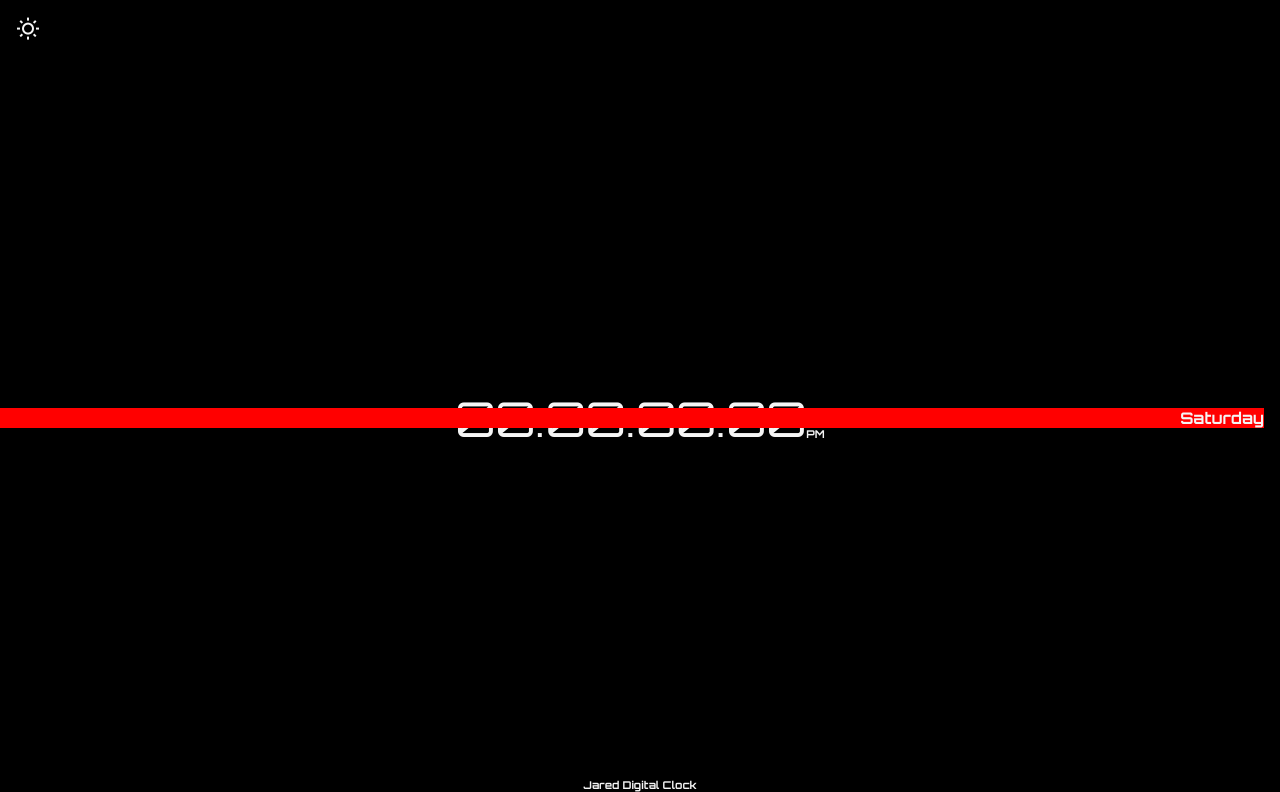
Repository: EguJaredoBoyd/Jared-Digital-Clock
Page: index.html
These files come from the project's save history. The page is drawn as it stood at one moment and after the next save; the edit follows.
The browser window is 1280 px wide. The pictures show the whole page.
Some web libraries are served in a nearby version.

Above is the page before, as saved 2026-01-04 22:19:22.

### index.html
<!DOCTYPE html>
<html lang="en">
  <head>
    <meta charset="UTF-8" />
    <meta name="viewport" content="width=device-width, initial-scale=1.0" />
    <link rel="stylesheet" href="./css/styles.css" />
    <link
      href="https://cdn.jsdelivr.net/npm/remixicon@4.8.0/fonts/remixicon.css"
      rel="stylesheet"
    />
    <link rel="preconnect" href="https://fonts.googleapis.com" />
    <link rel="preconnect" href="https://fonts.gstatic.com" crossorigin />
    <link
      href="https://fonts.googleapis.com/css2?family=Orbitron:wght@400..900&display=swap"
      rel="stylesheet"
    />
    <script src="./js/theme.js" defer></script>
    <title>Document</title>
  </head>
  <body>
    <div class="digital-clock">
      <header>
        <button id="theme-toggle"><i class="ri-sun-line"></i></button>
      </header>

      <main>
        <div class="watch-container">
          <div class="watch-container__day">
            <h4>Saturday</h4>
          </div>
          <div class="watch-container__time">
            <p>00:00:00:00</p>
            <h6>PM</h6>
          </div>
        </div>
      </main>

      <footer>
        <h6>Jared Digital Clock</h6>
      </footer>
    </div>
  </body>
</html>

### css/styles.css
* {
  margin: 0;
  padding: 0;
  box-sizing: border-box;
}

:root {
  --primary-color: black;
  --text-color: whitesmoke;

  /* Light-mode color variables */
  --light-mode: whitesmoke;
  --light-text: black;

  /* Button color font */
  --button-color: var(--text-color);
}

html {
  font-size: 16px;
  background-color: var(--primary-color);
}

.light-mode {
  background-color: var(--light-mode);
  color: var(--light-text);
  --button-color: var(--light-text);
}

body {
  color: var(--text-color);
  background-color: var(--primary-color);
  font-family: "Orbitron", sans-serif;
  width: 100%;
}

header {
  padding: 1rem;
}

header button {
  background: none;
  border: none;
}

header button i {
  font-size: 1.5rem;
  color: var(--button-color);
}

.digital-clock {
  height: 100%;
  width: 100%;
  display: flex;
  flex-direction: column;
  align-content: space-between;
  max-width: 100%;
}

.watch-container {
  display: flex;
  flex-direction: column;
  justify-content: center;
  align-items: center;
  height: 100vh;
  width: 100%;
  max-width: 100%;
  position: relative;
}

.watch-container__day {
  width: 100%;
  max-width: 100%;
  display: flex;
  justify-content: end;
  position: absolute;
  right: 1rem;
  background-color: red;
}

.watch-container__time {
  display: flex;
  max-width: 100%;
}

.watch-container__time p {
  font-size: 3rem;
}

.watch-container__time h6 {
  align-self: self-end;
  padding-bottom: 0.5rem;
}

footer h6 {
  text-align: center;
}

### js/theme.js
//Target the button element for the theme
const themeToggle = document.getElementById("theme-toggle");

//Create a function to handle the switching of themes
function switchThemeMode() {
  themeToggle.addEventListener("click", () => {
    document.body.classList.toggle("light-mode");
  });
}

switchThemeMode();

After the next save:
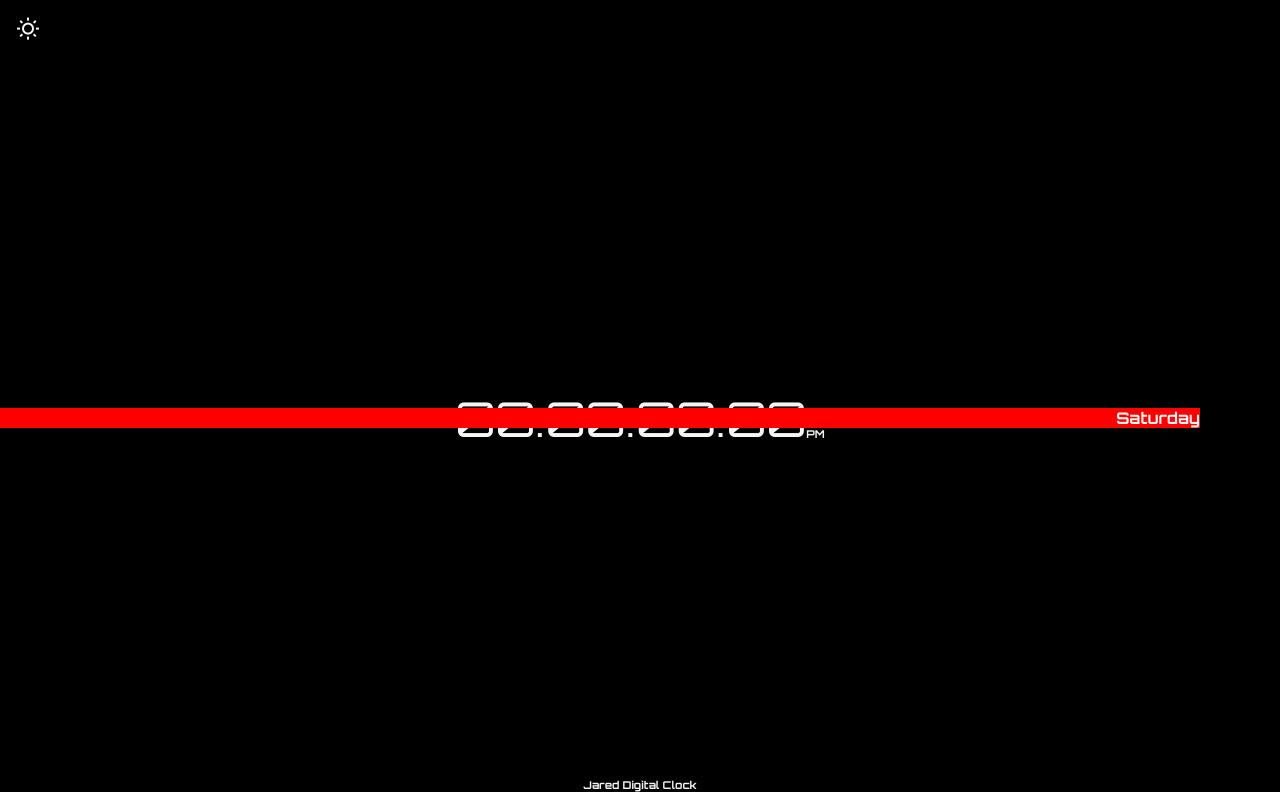
Saved 13 s later.
--- a/css/styles.css
+++ b/css/styles.css
@@ -74,7 +74,7 @@ header button i {
   display: flex;
   justify-content: end;
   position: absolute;
-  right: 1rem;
+  right: 5rem;
   background-color: red;
 }
 
